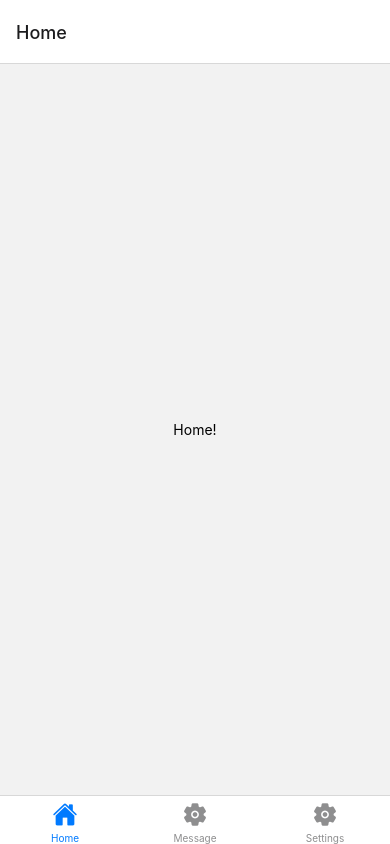
Repository: Waikato153/AwesomeProject
Screen: /
These files come from the project's save history. The screen is drawn as it stood at one moment and after the next save; the edit follows.
The app was drawn by React Native's web renderer in a window 390 px wide. The project was rebuilt for these pictures with package versions that can differ from the ones it lists, and the page was loaded fresh each time.

Above is the screen before, as saved 2024-02-27 23:44:04.

### App.js
import * as React from 'react';
import { Text, View } from 'react-native';
import { NavigationContainer } from '@react-navigation/native';
import { createBottomTabNavigator } from '@react-navigation/bottom-tabs';
import { Ionicons } from '@expo/vector-icons';

function HomeScreen() {
  return (
    <View style={{ flex: 1, justifyContent: 'center', alignItems: 'center' }}>
      <Text>Home!</Text>
    </View>
  );
}

function SettingsScreen() {
  return (
    <View style={{ flex: 1, justifyContent: 'center', alignItems: 'center' }}>
      <Text>Settings!</Text>
    </View>
  );
}

const Tab = createBottomTabNavigator();

function MyTabs() {
  return (

    <Tab.Navigator>
      <Tab.Screen
        name="Home"
        component={HomeScreen}
        options={{
          tabBarIcon: ({ color, size }) => (
            <Ionicons name="home" color={color} size={size} />
          ),
        }}
      />
      <Tab.Screen
        name="Message"
        component={SettingsScreen}
        options={{
          tabBarIcon: ({ color, size }) => (
            <Ionicons name="settings" color={color} size={size} />
          ),
        }}
      />
      <Tab.Screen
        name="Settings"
        component={SettingsScreen}
        options={{
          tabBarIcon: ({ color, size }) => (
            <Ionicons name="settings" color={color} size={size} />
          ),
        }}
      />
    </Tab.Navigator>



  );
}

export default function App() {
  return (
    <NavigationContainer>
      <MyTabs />
    </NavigationContainer>
  );
}

After the next save:
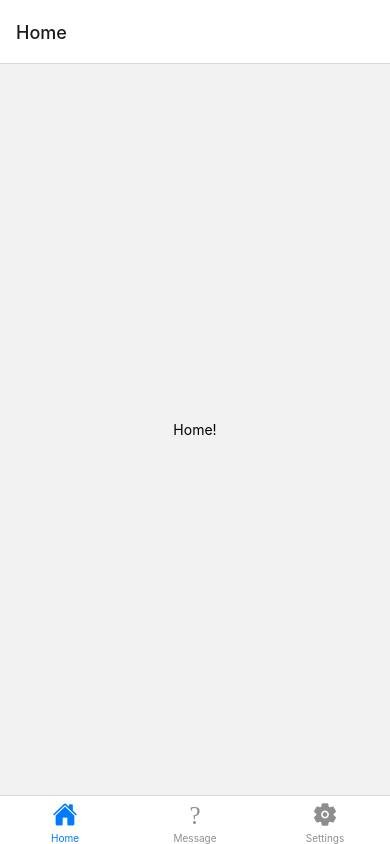
Saved 4 s later.
--- a/App.js
+++ b/App.js
@@ -40,7 +40,7 @@ function MyTabs() {
         component={SettingsScreen}
         options={{
           tabBarIcon: ({ color, size }) => (
-            <Ionicons name="settings" color={color} size={size} />
+            <Ionicons name="chat" color={color} size={size} />
           ),
         }}
       />
